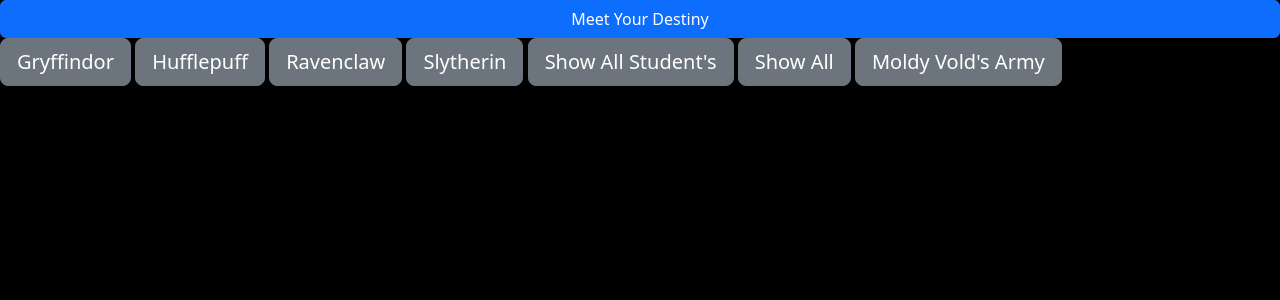
Repository: jgramirez0210/INDIVIDUAL-PROJECT-sorting-hat
Page: index.html
The author's editor kept a copy of each file at every save. The page is drawn from the files as they stood at one save, then again after the next save.
The browser window is 1280 px wide. The pictures show the whole page.

Above is the page before, as saved 2023-10-31 21:30:31.
Console error: TypeError: Cannot set properties of null (setting 'value')

After the next save:
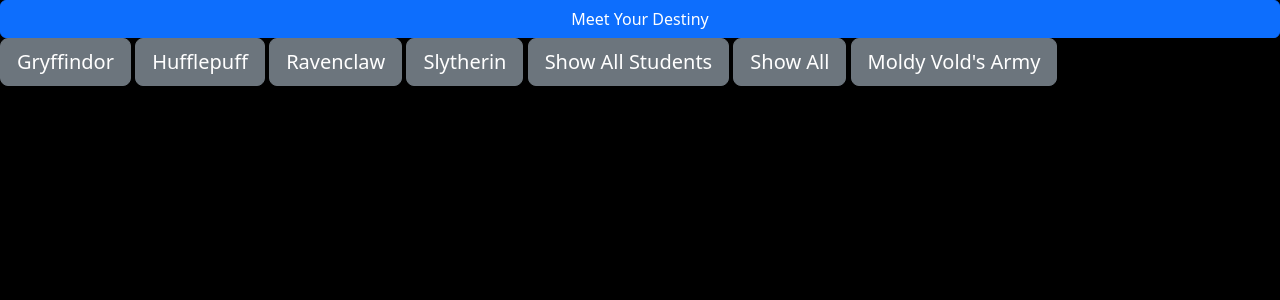
Saved 29 s later.
--- a/main.js
+++ b/main.js
@@ -81,7 +81,7 @@
     <button class="btn btn-secondary btn-lg buttonRow" id="hufflepuff">Hufflepuff</button>
     <button class="btn btn-secondary btn-lg buttonRow" id="ravenclaw">Ravenclaw</button>
     <button class="btn btn-secondary btn-lg buttonRow" id="slytherin">Slytherin</button>
-    <button class="btn btn-secondary btn-lg buttonRow" id="showAllStudents">Show All Student's</button>
+    <button class="btn btn-secondary btn-lg buttonRow" id="showAllStudents">Show All Students</button>
     <button class="btn btn-secondary btn-lg buttonRow" id="showAll">Show All</button>
     <button class="btn btn-secondary btn-lg buttonRow" id="moldy-voldys-army">Moldy Vold's Army</button>
   `;
